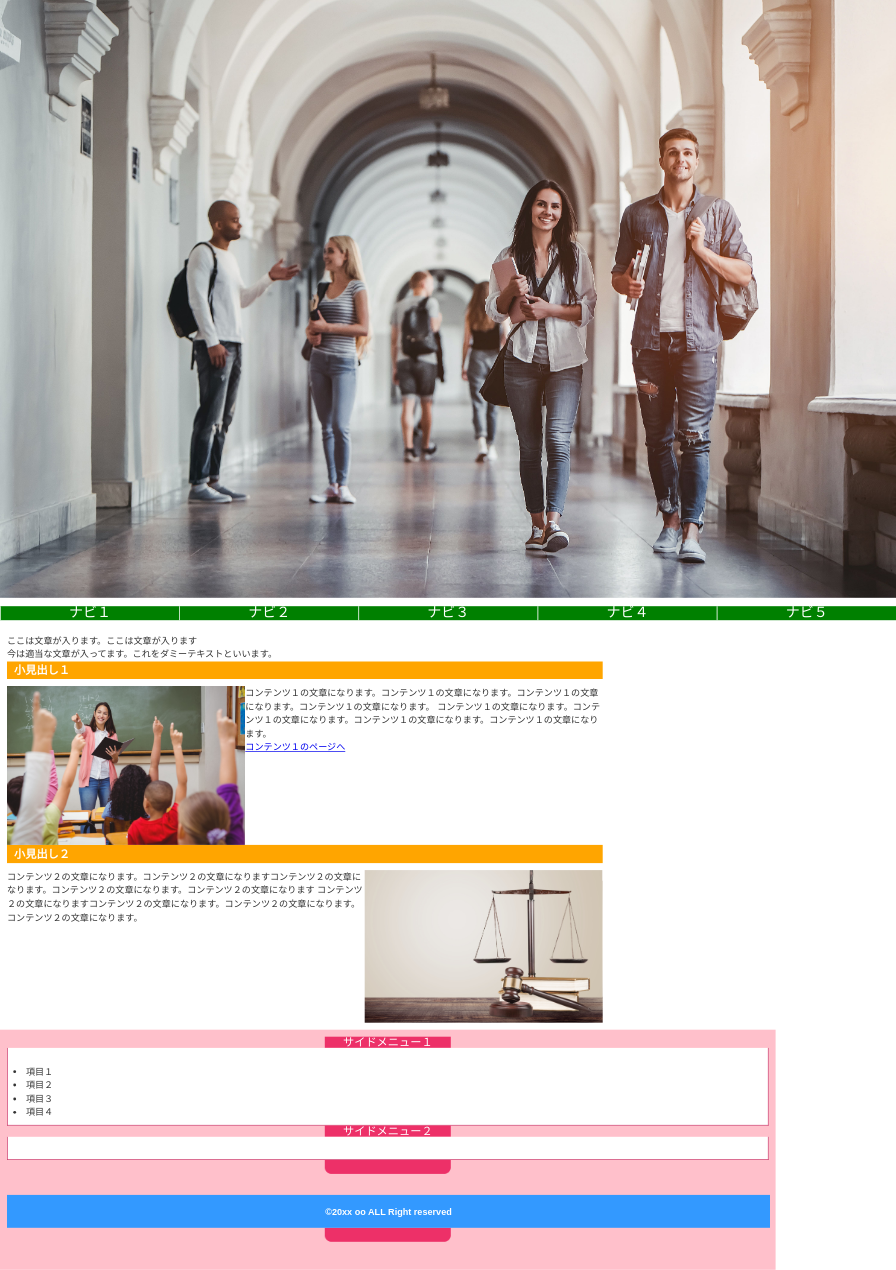
Repository: imhe07/samurai.html-css
Page: website.html
The author's editor kept a record of every edit. The page is drawn from the files as they stood at one moment, then again after the next edit.
The browser window is 1280 px wide. The pictures show the whole page, at 70% of full size.

Above is the page before.

### website.html
<!DOCTYPE html>
<html lang="ja">
<head>
  <meta charset="UTF-8">
  <link rel="stylesheet" href="stylesheet.css">
  <title>website</title>
</head>
<body>
  <div id="header">
    <h1><a href="website.html"><img id="corridor" src="images/samurai.jpg" alt="大学の廊下"/></h1></a>
  </div>
  <div id="wrapper">
    <div id="nav">
      <ul>
        <li><a href="website.html">ナビ１</a></li>
        <li><a href= "#">ナビ２</a></li>
        <li><a href= "#">ナビ３</a></li>
        <li><a href= "#">ナビ４</a></li>
        <li><a href= "#">ナビ５</a></li>
      </ul>
    </div>
  </div>
  <div id="container">
    <div id="main">
      <div class="post">
        <p>ここは文章が入ります。ここは文章が入ります<br />今は適当な文章が入ってます。これをダミーテキストといいます。</p>
      </div>
      <div class="clearfix">
        <h2>小見出し１</h2>
      </div>
      <img class="left" src="images/classroom.jpg" alt="教室の風景"/>
      <p>コンテンツ１の文章になります。コンテンツ１の文章になります。コンテンツ１の文章になります。コンテンツ１の文章になります。
         コンテンツ１の文章になります。コンテンツ１の文章になります。コンテンツ１の文章になります。コンテンツ１の文章になります。
      </p>
      <a href="#">コンテンツ１のページへ</a>
      <div class="clearfix">
        <h2>小見出し２</h2>
      </div>
      <img class="right" src="images/scale.jpg" alt="天秤"/>
      <p>コンテンツ２の文章になります。コンテンツ２の文章になりますコンテンツ２の文章になります。コンテンツ２の文章になります。コンテンツ２の文章になります
         コンテンツ２の文章になりますコンテンツ２の文章になります。コンテンツ２の文章になります。コンテンツ２の文章になります。
      </p>
     </div>
  </div>

  <div id=side>
    <div class=box>
      <h2>サイドメニュー１</h2>
      <div class="boxbody">
        <ul></ul>
        <li>項目１</li>
        <li>項目２</li>
        <li>項目３</li>
        <li>項目４</li>
      </div>

    <div class="box">
    <h2>サイドメニュー２</h2>
    <div class=boxbody>
      <ul></ul>
    </div>



  </div>

  <div id=footer>
    <p>&copy;20xx oo ALL Right reserved</p>
  </div>
</body>
</html>

### stylesheet.css
@charset"utf-8";

body{
  margin:0;
  padding:0;
  font-family: "ヒラギノ角ゴ Pro W3", "Hiragino Kaku Gothic Pro", "メイリオ", Meiryo, Osaka, "ＭＳ Ｐゴシック", "MS PGothic", sans-serif;
	color: #333;
	font-size:13px;
	line-height: 150%;
}
/*----------------------------wrapper------------------*/

#wrapper{
  width:100%;
  margin:auto;
  padding:0px;
  border: 0px;
  background-color: #FFF;
  top: 10px;
  position: relative;
}
/*-----------------header--------------*/
#header{
  width:100%;
}
#header h1{
  margin:0;
  padding:0;
}
#corridor{
  width:100%;
  height: auto;
}

#footer{
  width:100%;
  clear:both;
  background-color: #39f;
  color:#fff;
  font-weight:bold;
  text-align: center;
  padding:1px;
}
/*-----------------nav-------------------*/
#nav{
  width:100%;
}
#nav ul{
  margin:0;
  padding:0;
  list-style-type:none;
  display:flex;
}
#nav ul li{
  /*float:left;*/

  width:20%;
  text-align:center;
}
#nav ul li a{
  display:block;
  height:20px;
  margin:0px;
  color:#fff;
  background-color:green;
  font-size:20px;
  text-decoration:none;
  border-left:1px solid white;
}
#nav ul li a:hover{
  filter:drop-shadow(10px 10px 10px black);
}

/*-----------------main--------------*/
#container{
  width:100%;
  margin:auto;
  padding-top:20px;
  clear:both;
  display: grid;
  grid-template-columns: 70vw 30vw;
}
#main{
  width:95%;
  padding:10px 30px 10px 10px;
}

#main p{
  margin:0;
  padding:0;
}
#main h2{
  margin:0 0 10px 0;
  padding:3px 10px 3px 10px;
  background-color:orange;
  color:#fff;
  font-size:16px;
  clear:both;
}
#main.post{
  margin:0 0 30px 0;
}
#main.post img.left{
  margin:0 8px 0 0;
}
#main.post img.right{
  margin:0 0 0 8px;
}

.clearfix{
  zoom:1;
}
.clearfix:after{
  content: "";
  clear:both;
  display:block;
}

/*---------------images------------*/
.left{
  float:left;
  width:40%;
  height:auto;
}
.right{
  float:right;
  width:40%;
  height:auto;
}
/*--------------side----------*/
#side{
  width: 85%;
  background-color: pink;
  padding:10px;
}
#side .box{
  margin:0 auto 30px auto;
  padding:0 0 20px 0;
  background: url(images/side_box.png) bottom no-repeat;
}
#side .box h2{
  margin:0;
  padding:0;
  text-align: center;
  color:#fff;
  font-size:16px;
  line-height:16px;
  font-weight: normal;
  background: url(images/sidebox_h2.png)center no-repeat;
}
.boxbody{
  padding:8px;
  border-right:solid 1px #c36;
  border-left:solid 1px #c36;
  border-bottom:solid 1px #c36;
  background:#fff;
}
#side .box .boxbody ul{
  margin:0 0 16px 0;
  padding:0;
}
#side .box .boxbody ul li{
  padding:8px 0 8px 4px;
  list-style:none;
  border-bottom: solid 1px #c36;
}
#side .box .boxbody ul li:hover{
  box-shadow: 0px 4px 4px rgba(0,0,0,0.3)
}

After the next edit:
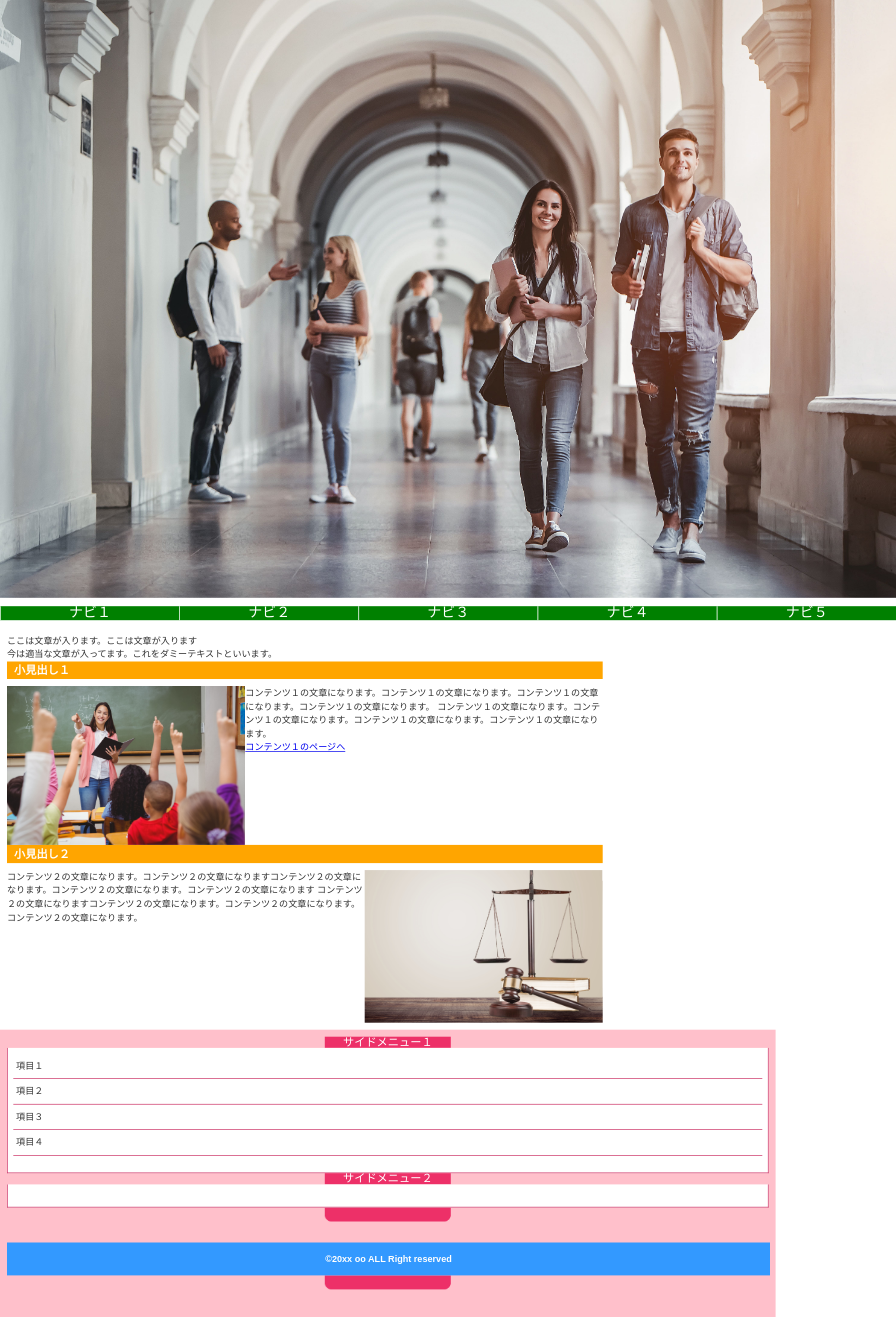
The edit:
--- a/website.html
+++ b/website.html
@@ -47,7 +47,7 @@
     <div class=box>
       <h2>サイドメニュー１</h2>
       <div class="boxbody">
-        <ul></ul>
+        <ul>
         <li>項目１</li>
         <li>項目２</li>
         <li>項目３</li>
